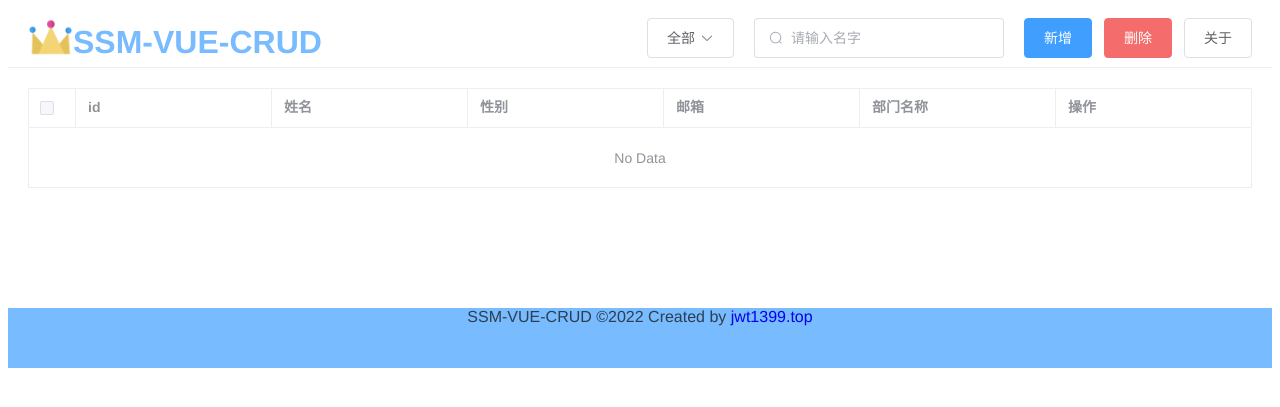
Repository: jwt1399/ssm-vue-crud
Page: / (app in ssm-crud-front/)
An editor plug-in stored every save of this project. The page is shown before and after the next save, followed by the edit.
The browser window is 1280 px wide. The pictures show the whole page.
The project was rebuilt for these pictures with package versions that can differ from the ones it lists, and the page was loaded fresh each time. Also part of the build but not shown: ssm-crud-front/vue.config.js.

Above is the page before, as saved 2022-06-09 12:46:37.

### ssm-crud-front/public/index.html
<!DOCTYPE html>
<html lang="zh-Hans">
  <head>
    <meta charset="utf-8">
    <meta http-equiv="X-UA-Compatible" content="IE=edge">
    <meta name="viewport" content="width=device-width,initial-scale=1.0">
    <link rel="icon" href="<%= BASE_URL %>favicon.png">
    <title><%= htmlWebpackPlugin.options.title %></title>
  </head>
  <body>
    <noscript>
      <strong>We're sorry but <%= htmlWebpackPlugin.options.title %> doesn't work properly without JavaScript enabled. Please enable it to continue.</strong>
    </noscript>
    <div id="app"></div>
    <!-- built files will be auto injected -->
  </body>
</html>

### ssm-crud-front/src/main.js
import { createApp } from 'vue'
import App from './App.vue'
import router from './router'
import ElementPlus from 'element-plus'
import 'element-plus/dist/index.css'
import * as ElementPlusIconsVue from '@element-plus/icons-vue'

const app = createApp(App)

//配置全局icon
for (const [key, component] of Object.entries(ElementPlusIconsVue)) {
    app.component(key, component)
  }

app.use(router).use(ElementPlus).mount('#app')

### ssm-crud-front/src/App.vue
<template>
  <Header/>
  <router-view/>
  <Footer/>
</template>

<script>
import Header from '@/components/Header.vue'
import Footer from '@/components/Footer.vue'
export default {
    components: {
        Header,
        Footer,
    }
}
</script>

<style>
#app {
  font-family: Avenir, Helvetica, Arial, sans-serif;
  -webkit-font-smoothing: antialiased;
  -moz-osx-font-smoothing: grayscale;
  text-align: center;
  color: #2c3e50;
}
</style>

### ssm-crud-front/src/router/index.js
import { createRouter, createWebHashHistory } from 'vue-router'
import CrudView from '../views/CrudView.vue'
const routes = [
  {
    path: '/',
    name: 'home',
    component: CrudView
  },
  {
    path: '/about',
    name: 'about',
    // route level code-splitting
    // this generates a separate chunk (about.[hash].js) for this route
    // which is lazy-loaded when the route is visited.
    component: () => import(/* webpackChunkName: "about" */ '../views/AboutView.vue')
  }
]

const router = createRouter({
  history: createWebHashHistory(),
  routes
})

export default router

### ssm-crud-front/src/components/Header.vue
<template>
 <el-header class="header">
    <div class="nav">
        <a href="/" class="nav-link">
            <img src="../assets/favicon.png" alt="logo" class="nav-logo">
            <h1 class="nav-title ">SSM-VUE-CRUD</h1>
        </a>
    </div>
    <div class="nav-item">
        <el-dropdown>
            <el-button size="large">
                全部
                <el-icon class="el-icon--right">
                    <arrow-down />
                </el-icon>
            </el-button>
            <template #dropdown>
                <el-dropdown-menu>
                    <el-dropdown-item>Action 1</el-dropdown-item>
                    <el-dropdown-item>Action 2</el-dropdown-item>
                </el-dropdown-menu>
            </template>
        </el-dropdown>

        <div class="nav-search">
            <el-input
            placeholder="请输入名字"
            v-model="search"
            size="large"
            @change="searchChange"
            clearable >
                <template #prefix>
                    <el-icon class="el-input__icon"><search /></el-icon>
                </template>
            </el-input>

        </div>
        <el-button type="primary" size="large" @click="addEmployee()">新增</el-button>
        <el-button type="danger" size="large" @click="batchDeleteEmployee()">删除</el-button>
        <!-- <router-link to='/about'> -->
        <el-button type="default" size="large" @click="skipAbout()">关于</el-button>
        <!-- </router-link> -->
    </div>
</el-header>
</template>

<script>
import { useRouter } from 'vue-router'

export default {
    name: 'Header',
    setup() {
        const router = useRouter()
        const skipAbout = ()=>{
        // window.location.href='#/about';
        // router.push({path:'about'})
        router.push({ name: 'about'})
        }
        return {
            skipAbout,
        }
    },

}


</script>



<style scoped>
.nav-logo {
	height: 45px;
	width: 45px;
	vertical-align: middle;
	display: inline-block;
}

.nav-title {
	font-size: 2rem;
	display: inline-block;
	vertical-align: middle;
	color: #79bbff;
	padding-top: 10px;
}

.nav-item {
	display: flex;
	align-items: center;
}

.nav-search {
	width: 250px;
	margin: 0 20px;
}

.header {
	display: flex;
	align-items: center;
	justify-content: space-between;
	width: 100%;
	border-bottom: 1px solid #eee;
	min-width: 800px;
}



</style>

### ssm-crud-front/src/components/Footer.vue
<template>
<el-footer class="footer">
    <span>SSM-VUE-CRUD ©2022 Created by </span>
    <a href="https://jwt1399.top" style="text-decoration: none;"> jwt1399.top</a>
 </el-footer>
</template>


<script>
export default{
    name:'Footer',
}
</script>

<style scoped>
.footer {
    text-align: center;
    position: relative;
    margin-top: 60px; /*等于footer的高度*/
    /* height: 60px; */
    /* clear:both; */
    background: #79bbff;
}


</style>

### ssm-crud-front/src/views/CrudView.vue
<template>
    <Form/>
</template>


<script>
import Form from '@/components/Form.vue'
export default {
    name: 'CrudView',
    components: {
        Form,
    }
}
</script>

### ssm-crud-front/src/components/Form.vue
  <template>
    <el-main>
        <div class="data-table">
            <el-table :data="employeeList" border style="width: 100%" v-loading="loading"
                @selection-change="handleSelectionChange">
                <el-table-column type="selection"></el-table-column>
                <el-table-column prop="empId" label="id"></el-table-column>
                <el-table-column prop="empName" label="姓名"></el-table-column>
                <el-table-column prop="gender" label="性别" :formatter="formatterSex"></el-table-column>
                <el-table-column prop="email" label="邮箱"></el-table-column>
                <el-table-column prop="department.deptName" label="部门名称"></el-table-column>

                <el-table-column label="操作">
                    <el-button type="primary" size="large" :icon="Edit" @click="handleEdit(scope.$index, scope.row)"
                        circle>
                    </el-button>

                    <el-button type="danger" size="large" :icon="Delete" @click="handleDelete(scope.$index, scope.row)"
                        circle>
                    </el-button>
                </el-table-column>
            </el-table>
        </div>
        <div class="table-pagination">
            <el-pagination v-model:current-page="pageNum" v-model:page-size="pageSize" :page-sizes="[5, 10, 15, 20]"
                :small="small" :disabled="disabled" :background="background"
                layout="total, sizes, prev, pager, next, jumper" :total="total" @size-change="handleSizeChange"
                @current-change="handleCurrentChange" />
        </div>
    </el-main>

</template>

<script>
export default {
    name:'Form'
}
</script>



<style scoped>
.table-pagination {
	display: flex;
	justify-content: center;
	padding: 20px;
}

</style>

After the next save:
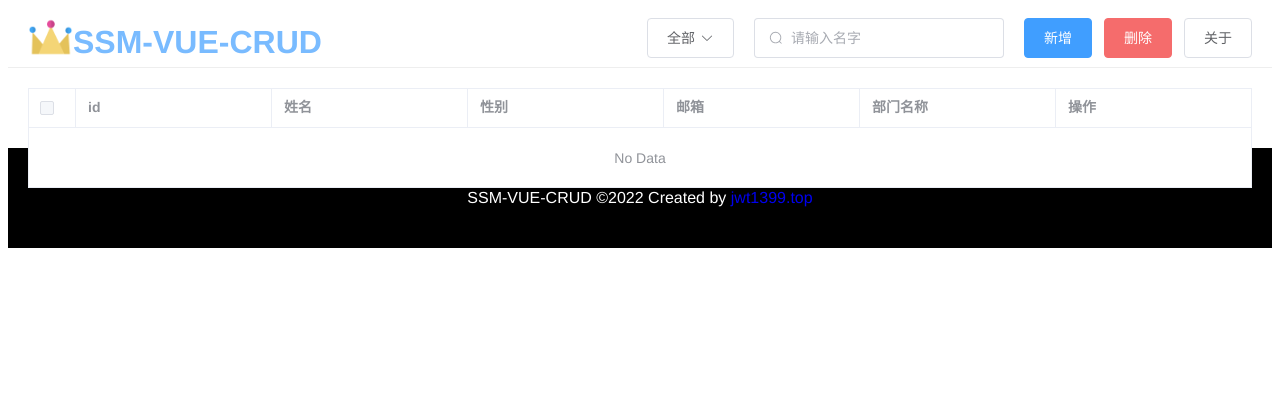
Saved 26 s later.
--- a/ssm-crud-front/src/components/Footer.vue
+++ b/ssm-crud-front/src/components/Footer.vue
@@ -14,12 +14,19 @@
 
 <style scoped>
 .footer {
-    text-align: center;
-    position: relative;
+    /* text-align: center;
+    position: relative; */
     margin-top: 60px; /*等于footer的高度*/
     /* height: 60px; */
     /* clear:both; */
-    background: #79bbff;
+    /* background: #79bbff; */
+
+        color:#fff;
+    height:100px;
+    line-height:100px;
+    margin-top:-100px;
+    text-align:center;
+    background-color: #000;
 }
 
 

After the save that followed:
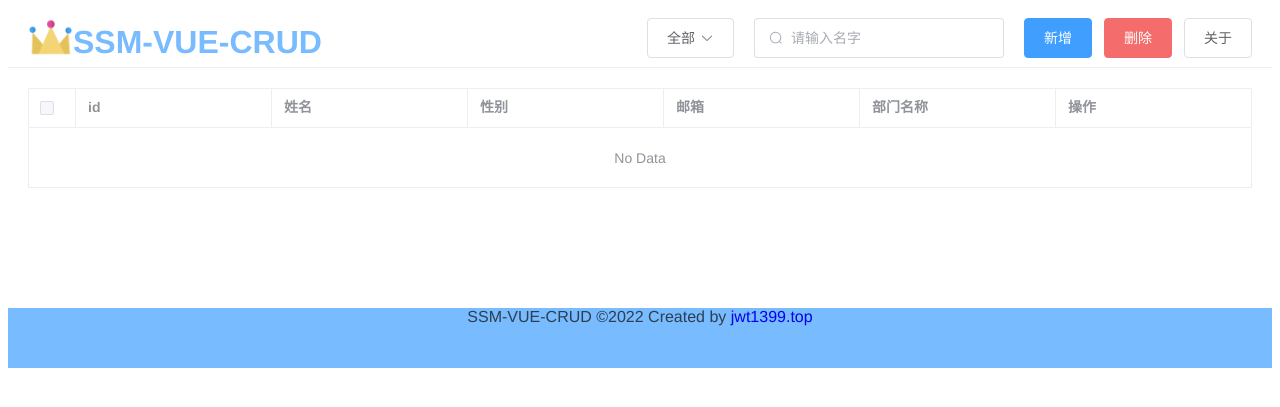
Saved 11 s later.
--- a/ssm-crud-front/src/components/Footer.vue
+++ b/ssm-crud-front/src/components/Footer.vue
@@ -14,19 +14,14 @@
 
 <style scoped>
 .footer {
-    /* text-align: center;
-    position: relative; */
+    text-align: center;
+    position: relative;
     margin-top: 60px; /*等于footer的高度*/
     /* height: 60px; */
     /* clear:both; */
-    /* background: #79bbff; */
+    background: #79bbff;
 
-        color:#fff;
-    height:100px;
-    line-height:100px;
-    margin-top:-100px;
-    text-align:center;
-    background-color: #000;
+
 }
 
 
